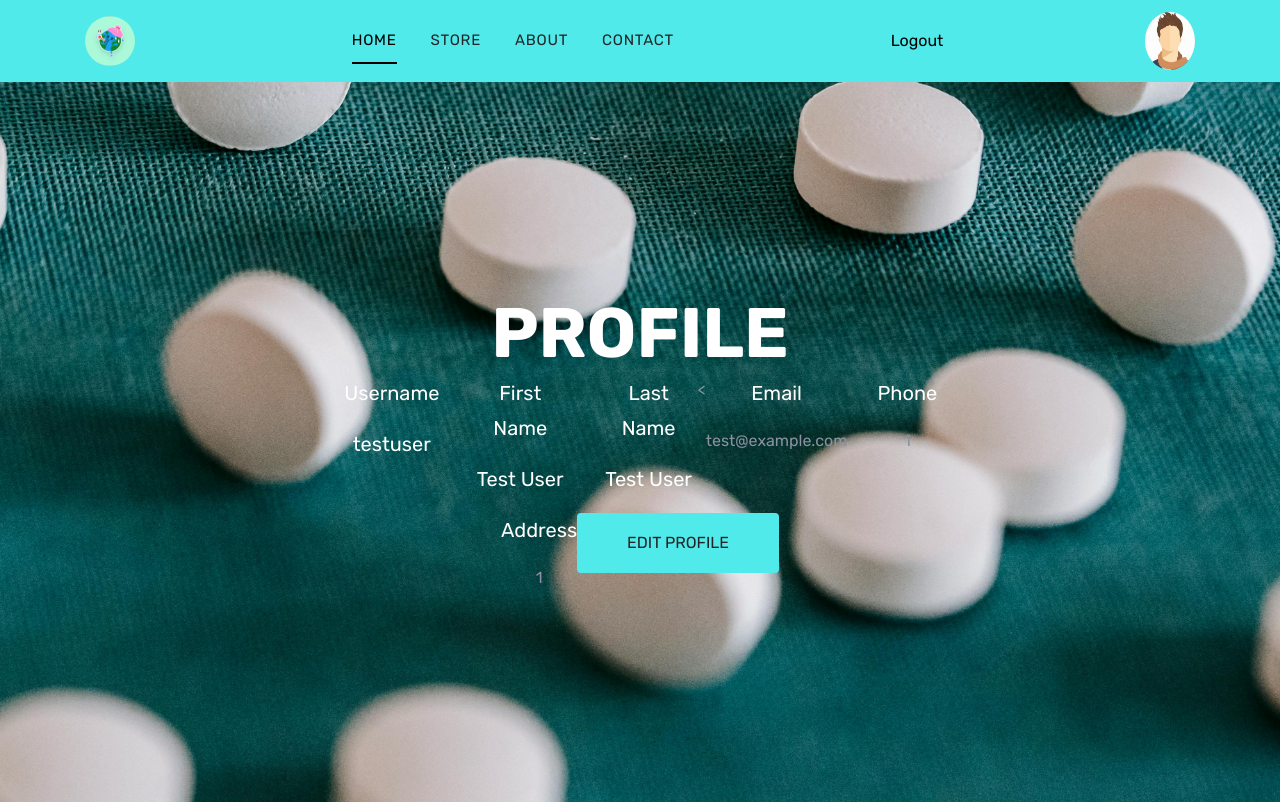
Repository: Argivist/Web-Doctor
Page: http://localhost/view/profile.php
These files come from the project's save history. The page is drawn as it stood at one moment and after the next save; the edit follows.
The browser window is 1280 px wide. The pictures show the whole page.
Some web fonts or font styles are not loaded; a fallback is used. The page is run by PHP 8.4 with error messages shown; the project is at /var/www/html/. The session is filled in as if someone had signed in: {"id": 1, "username": "testuser", "fname": "Test User", "lname": "Test User", "email": "test@example.com", "phone": 1, "address": 1}. Other server files are loaded and not shown.

Above is the page before, as saved 2024-02-20 21:15:35.

### view/profile.php
<?php
include "../settings/connection.php";
session_start();
// if (!isset($_SESSION['id'])) {
//     header("Location: ../login/login.php");
// }
?>
<!DOCTYPE html>
<html lang="en">

<head>
    <meta charset="UTF-8">
    <meta name="viewport" content="width=device-width, initial-scale=1.0">
    <title>Document</title>


    <link href="https://fonts.googleapis.com/css?family=Rubik:400,700|Crimson+Text:400,400i" rel="stylesheet">
    <link rel="stylesheet" href="fonts/icomoon/style.css">
    <link rel="stylesheet" href="../css/bootstrap.min.css">
    <link rel="stylesheet" href="../css/magnific-popup.css">
    <link rel="stylesheet" href="../css/jquery-ui.css">
    <link rel="stylesheet" href="../css/owl.carousel.min.css">
    <link rel="stylesheet" href="../css/owl.theme.default.min.css">
    <link rel="stylesheet" href="../css/style.css">
    <link rel="stylesheet" href="../css/aos.css">
</head>

<body>
    <div class="site-wrap">

        <!--Navigation Bar-->
        <div class="site-navbar bg-primary py-2">
            <div class="container">
                <div class="d-flex align-items-center justify-content-between">
                    <div class="logo">
                        <div class="site-logo">
                            <a href="home.php" class="js-logo-clone"><img src="../img/logo/logo.png" style="width:50px; border-radius:50px;" alt="logo" /></a>
                        </div>
                    </div>
                    <div class="main-nav d-lg-block">
                        <nav class="site-navigation text-right text-md-center" role="navigation">
                            <ul class="site-menu js-clone-nav d-lg-block">
                                <li class="active"><a href="home.php">Home</a></li>
                                <li><a href="shop.php">Store</a></li>
                                <li><a href="aboutus.html">About</a></li>
                                <li><a href="contact.html">Contact</a></li>
                            </ul>
                        </nav>
                    </div>
                    <?php
                    if (isset($_SESSION['id'])) {
                        echo "<div class='logout'><a href='../actions/logout.php'>Logout</a></div>";
                    } else {
                        echo "<div class='login'><a href='../login/login.php'>Sign in</a></div>";
                    } ?>
                    <div class="profile">
                        <a href="
                        <?php
                        if (isset($_SESSION['id'])) {
                            echo "profile.php";
                        } else {
                            echo "../login/login.php";
                        }
                        ?>
                        "><img src="
                        <?php
                        if (isset($_SESSION['id'])) {
                            echo "../img/profile.jpg";
                        } else {
                            echo "../img/default_profile.jpg";
                        }
                        ?>
                        " alt="Image" class="rounded-circle" style="width:50px; border-radius:50px;"></a>
                    </div>
                </div>
            </div>
        </div>

        <!--Main Content-->
        <!--Image By: Photo by Alex Green: https://www.pexels.com/photo/pile-of-white-spilled-pills-5699514/-->
        <div class="site-blocks-cover" style="background-image: url('../img/background/pharmacy_1.jpg');">
            <div class="container">
                <div class="row">
                    <div class="col-lg-7 mx-auto order-lg-2 align-self-center">
                        <div class="site-block-cover-content text-center">
                            <!--Profile page-->
                            <h1 class="mb-0">Profile</h1>
                            <div class="row justify-content-center">
                                <div class="row">
                                    <div class="col">
                                        <p>Username</p><p><?php
                                                        echo $_SESSION['username'];
                                                        ?></p>
                                    </div>
                                    <div class="col">
                                        <p>First Name</p><p><?php
                                                            echo $_SESSION['fname'];
                                                            ?></p>
                                    </div>
                                    <div class="col">
                                        <p>Last Name</p><p><?php
                                                            echo $_SESSION['lname'];
                                                            ?></p>
                                    </div>
                                </div><
                                <div class="row">
                                    <div class="col">
                                        <p>Email</p><?php
                                                    echo $_SESSION['email'];
                                                    ?>
                                    </div>
                                    <div class="col">
                                        <p>Phone</p><?php
                                                    echo $_SESSION['phone'];
                                                    ?>
                                    </div>
                                </div>
                                <div class="row">
                                    <div class="col">
                                        <p>Address</p><?php
                                                        echo $_SESSION['address'];
                                                        ?>
                                    </div>
                                </div>
                                <div class="row">
                                    <div class="col">
                                        <a href="edit_profile.php" class="btn btn-primary px-5 py-3">Edit Profile</a>
                                    </div>
                            </div>
                        </div>
                    </div>
                </div>
            </div>
</body>

</html>

### settings/connection.php
<?php
$server="localhost:3307";
$user="root";
$passwd="root";
$db="web_doc";

$conn=mysqli_connect($server,$user,$passwd,$db) or die("Connection failed :: ".$conn->error);
?>

Loaded but not shown: css/bootstrap.min.css (library); css/magnific-popup.css (library); css/jquery-ui.css (library); css/owl.carousel.min.css (common file); css/owl.theme.default.min.css (common file); css/aos.css (library); css/style.css (1125 lines, source omitted)

After the next save:
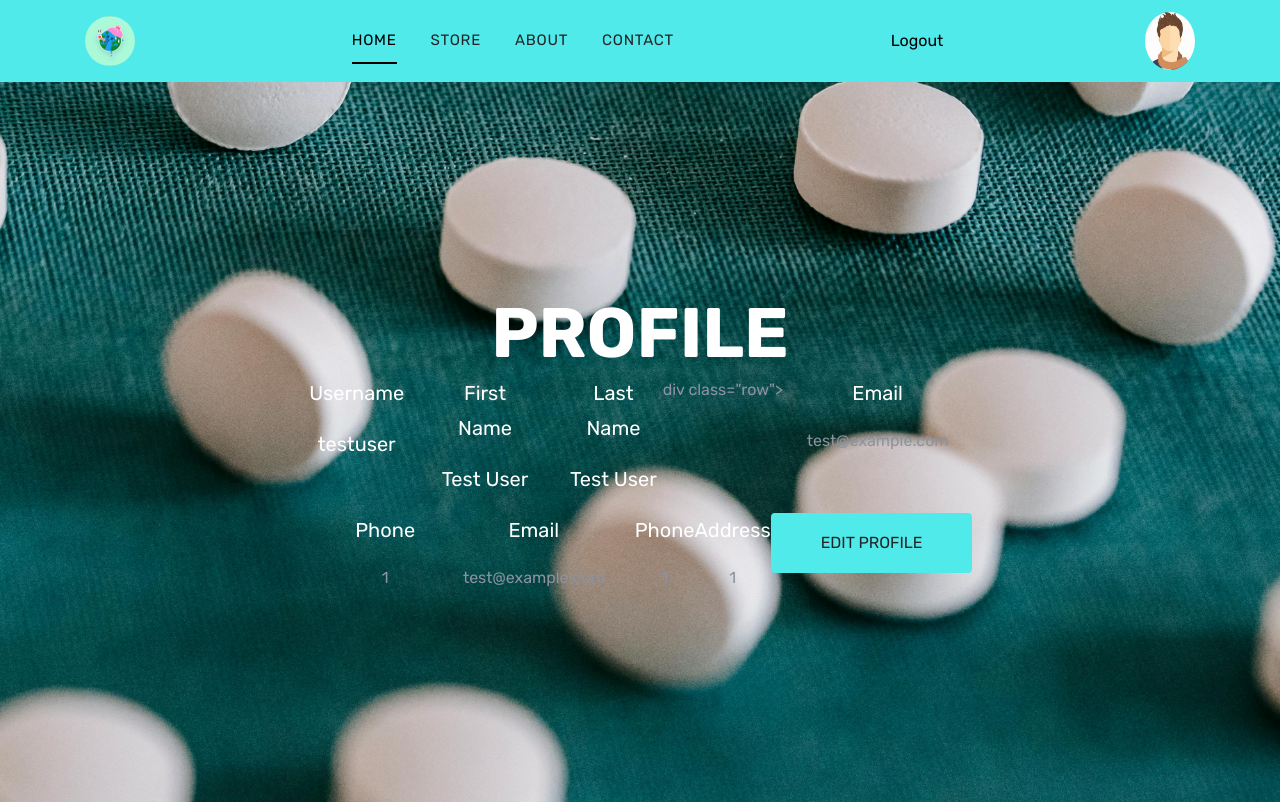
Saved 12 s later.
--- a/view/profile.php
+++ b/view/profile.php
@@ -102,7 +102,18 @@ session_start();
                                                             echo $_SESSION['lname'];
                                                             ?></p>
                                     </div>
-                                </div><
+                                </div>
+                                div class="row">
+                                    <div class="col">
+                                        <p>Email</p><?php
+                                                    echo $_SESSION['email'];
+                                                    ?>
+                                    </div>
+                                    <div class="col">
+                                        <p>Phone</p><?php
+                                                    echo $_SESSION['phone'];
+                                                    ?>
+                                    </div>
                                 <div class="row">
                                     <div class="col">
                                         <p>Email</p><?php
